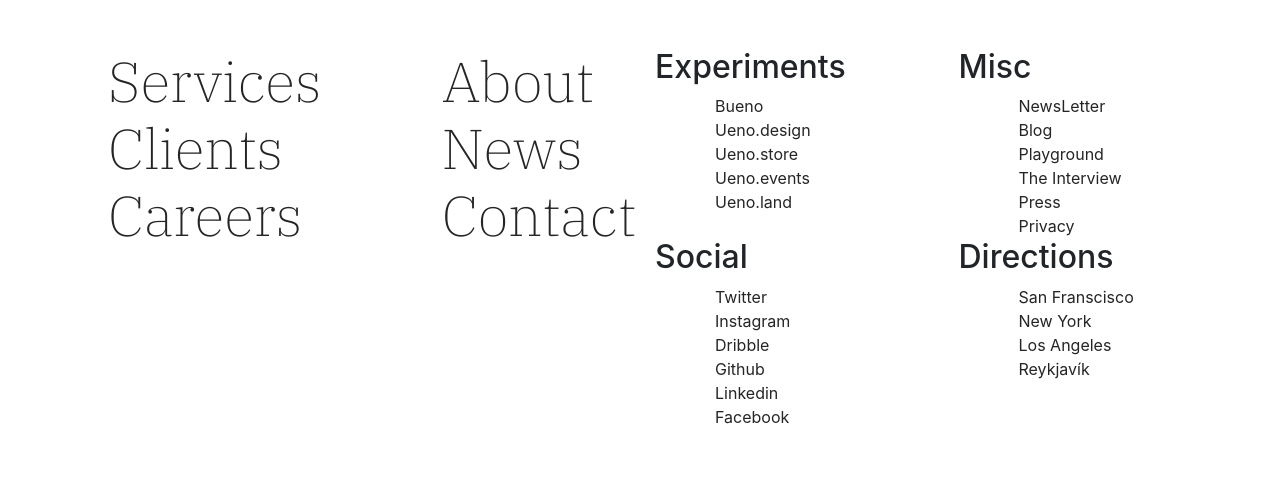
Repository: DeepaPrasanna/UenoClone
Page: /
An editor plug-in stored every save of this project. The page is shown before and after the next save, followed by the edit.
The browser window is 1280 px wide. The pictures show the whole page.
The project was rebuilt for these pictures with package versions that can differ from the ones it lists, and the page was loaded fresh each time. Also part of the build but not shown: src/components/Layout/Header.js.

Above is the page before, as saved 2021-05-04 13:35:17.

### public/index.html
<!DOCTYPE html>
<html lang="en">
  <head>
    <meta charset="utf-8" />
    <link rel="icon" href="%PUBLIC_URL%/favicon.ico" />
    <meta name="viewport" content="width=device-width, initial-scale=1" />
    <meta name="theme-color" content="#000000" />
    <meta name="description" content="Web site created using create-react-app" />
    <link rel="apple-touch-icon" href="%PUBLIC_URL%/logo192.png" />
    <!--
      manifest.json provides metadata used when your web app is installed on a
      user's mobile device or desktop. See https://developers.google.com/web/fundamentals/web-app-manifest/
    -->
    <link rel="manifest" href="%PUBLIC_URL%/manifest.json" />
    <!-- Bootstrap -->
    <link
      rel="stylesheet"
      href="https://cdn.jsdelivr.net/npm/bootstrap@4.6.0/dist/css/bootstrap.min.css"
      integrity="sha384-B0vP5xmATw1+K9KRQjQERJvTumQW0nPEzvF6L/Z6nronJ3oUOFUFpCjEUQouq2+l"
      crossorigin="anonymous"
    />
    <!-- font awesome -->
    <link
      rel="stylesheet"
      href="https://cdnjs.cloudflare.com/ajax/libs/font-awesome/5.15.3/css/all.min.css"
      integrity="sha512-iBBXm8fW90+nuLcSKlbmrPcLa0OT92xO1BIsZ+ywDWZCvqsWgccV3gFoRBv0z+8dLJgyAHIhR35VZc2oM/gI1w=="
      crossorigin="anonymous"
    />
    <!--
      Notice the use of %PUBLIC_URL% in the tags above.
      It will be replaced with the URL of the `public` folder during the build.
      Only files inside the `public` folder can be referenced from the HTML.

      Unlike "/favicon.ico" or "favicon.ico", "%PUBLIC_URL%/favicon.ico" will
      work correctly both with client-side routing and a non-root public URL.
      Learn how to configure a non-root public URL by running `npm run build`.
    -->
    <title>React App</title>
  </head>
  <body>
    <noscript>You need to enable JavaScript to run this app.</noscript>
    <div id="root"></div>
    <!--
      This HTML file is a template.
      If you open it directly in the browser, you will see an empty page.

      You can add webfonts, meta tags, or analytics to this file.
      The build step will place the bundled scripts into the <body> tag.

      To begin the development, run `npm start` or `yarn start`.
      To create a production bundle, use `npm run build` or `yarn build`.
    -->
  </body>
</html>

### src/index.js
import React from "react";
import ReactDOM from "react-dom";
import "./index.css";
import App from "./App";
import reportWebVitals from "./reportWebVitals";
import "bootstrap/dist/css/bootstrap.min.css";

ReactDOM.render(<App />, document.getElementById("root"));

// If you want to start measuring performance in your app, pass a function
// to log results (for example: reportWebVitals(console.log))
// or send to an analytics endpoint. Learn more: https://bit.ly/CRA-vitals
reportWebVitals();

### src/index.css
@import url("https://fonts.googleapis.com/css2?family=IBM+Plex+Serif:wght@200&display=swap");

.contact-button {
  background-color: #cf3f74 !important;
}

.screen-first-column {
  font-size: 56px;
  line-height: 67px;
  font-family: "IBM Plex Serif";
  font-style: normal;
  font-weight: 200;
  src: url("https://fonts.gstatic.com/s/ibmplexserif/v9/jizAREVNn1dOx-zrZ2X3pZvkTi3Q-iI0q1s.woff2") format("woff2");
}
.screen-links {
  color: #252525;
  padding: 0px 60px !important;
}
.nav-link:hover {
  color: #252525;
}
.screen-links::before {
  transform: translate(103%, 0px);
}

.screens-second-column-columns{
  flex: none;
  align-self: stretch;
  padding-left: 15px;
  padding-right: 15px;
  width: 100%;
  margin-bottom: 3em;
  width: 50%;
  max-width: 220px;
}
}

### src/App.js
import { Container } from "react-bootstrap";

import MainLayout from "./components/Layout/MainLayout";

function App() {
  return (
    <div className="App">
      <MainLayout />
    </div>
  );
}

export default App;

### src/components/Layout/MainLayout.js
import React from "react";

import Header from "./Header";
import Screen from "./Screen";

const MainLayout = () => {
  return (
    <div>
      {/* <Header /> */}
      <Screen />
    </div>
  );
};

export default MainLayout;

### src/components/Layout/Screen.js
import React from "react";

import { Container, Row, Col, Nav } from "react-bootstrap";

const Screen = () => {
  return (
    <Container fluid className="p-5 vh-100">
      <Row>
        <Col sm={6} className="d-flex flex-md-row screen-first-column">
          <Nav className="flex-column">
            <Nav.Link href="#" className="screen-links">
              Services
            </Nav.Link>
            <Nav.Link href="#" className="screen-links">
              Clients
            </Nav.Link>
            <Nav.Link href="#" className="screen-links">
              Careers
            </Nav.Link>
          </Nav>
          <Nav className="flex-column">
            <Nav.Link href="#" className="screen-links">
              About
            </Nav.Link>
            <Nav.Link href="#" className="screen-links">
              News
            </Nav.Link>

            <Nav.Link href="#" className="screen-links">
              Contact
            </Nav.Link>
          </Nav>
        </Col>
        <Col sm={6}>
          <Row>
            <Col>
              <h2>Experiments</h2>
              <Nav>
                <Nav.Link href="#" className="screen-links">
                  Bueno
                </Nav.Link>
                <Nav.Link href="#" className="screen-links">
                  Ueno.design
                </Nav.Link>
                <Nav.Link href="#" className="screen-links">
                  Ueno.store
                </Nav.Link>
                <Nav.Link href="#" className="screen-links">
                  Ueno.events
                </Nav.Link>
                <Nav.Link href="#" className="screen-links">
                  Ueno.land
                </Nav.Link>
              </Nav>
            </Col>
            <Col>
              <h2>Misc</h2>
              <Nav>
                <Nav.Link href="#" className="screen-links">
                  NewsLetter
                </Nav.Link>
                <Nav.Link href="#" className="screen-links">
                  Blog
                </Nav.Link>
                <Nav.Link href="#" className="screen-links">
                  Playground
                </Nav.Link>
                <Nav.Link href="#" className="screen-links">
                  The Interview
                </Nav.Link>
                <Nav.Link href="#" className="screen-links">
                  Press
                </Nav.Link>
                <Nav.Link href="#" className="screen-links">
                  Privacy
                </Nav.Link>
              </Nav>
            </Col>
          </Row>
          <Row>
            <Col>
              <h2>Social</h2>
              <Nav>
                <Nav.Link href="#" className="screen-links">
                  Twitter
                </Nav.Link>
                <Nav.Link href="#" className="screen-links">
                  Instagram
                </Nav.Link>
                <Nav.Link href="#" className="screen-links">
                  Dribble
                </Nav.Link>
                <Nav.Link href="#" className="screen-links">
                  Github
                </Nav.Link>
                <Nav.Link href="#" className="screen-links">
                  Linkedin
                </Nav.Link>
                <Nav.Link href="#" className="screen-links">
                  Facebook
                </Nav.Link>
              </Nav>
            </Col>
            <Col>
              <h2>Directions</h2>
              <Nav>
                <Nav.Link href="#" className="screen-links">
                  San Franscisco
                </Nav.Link>
                <Nav.Link href="#" className="screen-links">
                  New York
                </Nav.Link>
                <Nav.Link href="#" className="screen-links">
                  Los Angeles
                </Nav.Link>
                <Nav.Link href="#" className="screen-links">
                  Reykjavík
                </Nav.Link>
              </Nav>
            </Col>
          </Row>
        </Col>
      </Row>
    </Container>
  );
};

export default Screen;

Loaded but not shown: src/reportWebVitals.js (common file)

After the next save:
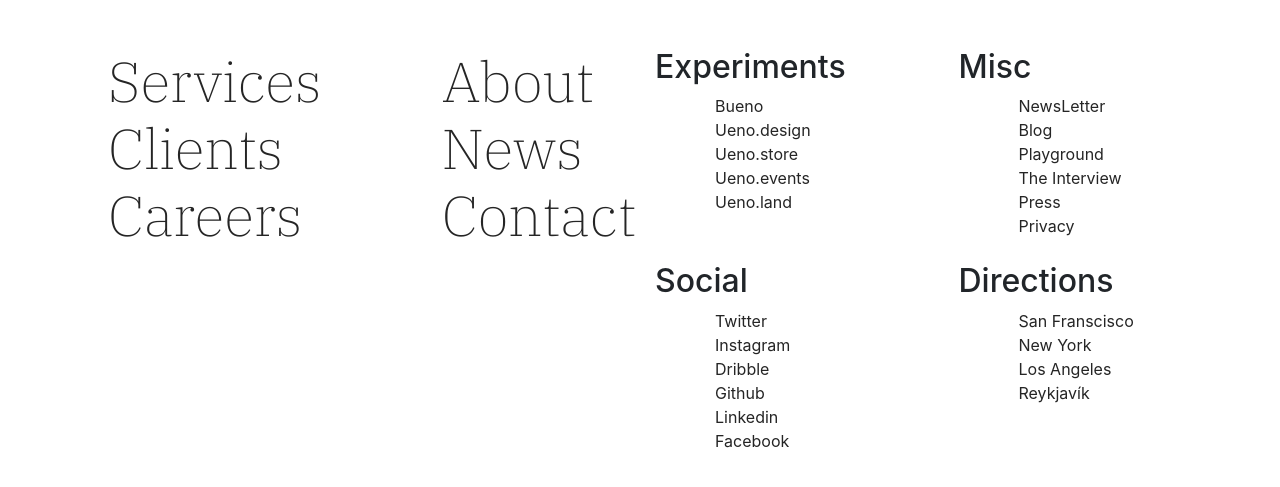
Saved 2 s later.
--- a/src/components/Layout/Screen.js
+++ b/src/components/Layout/Screen.js
@@ -33,7 +33,7 @@
         </Col>
         <Col sm={6}>
           <Row>
-            <Col>
+            <Col className="screens-second-column-columns">
               <h2>Experiments</h2>
               <Nav>
                 <Nav.Link href="#" className="screen-links">
